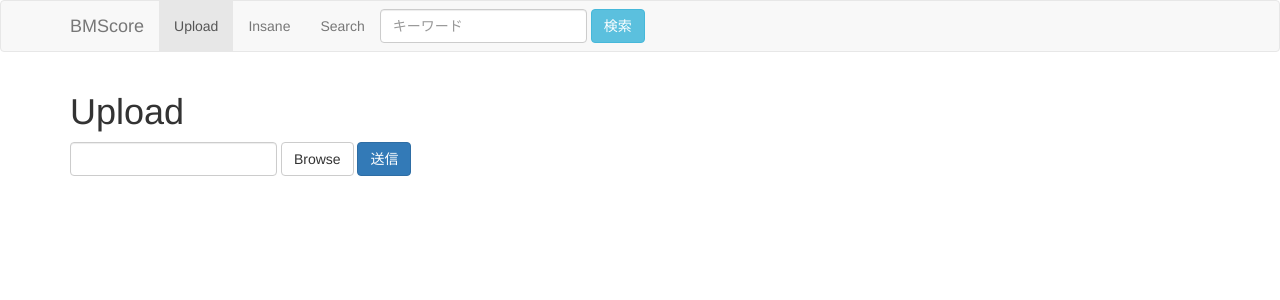
Repository: h1dia/bmscore
Page: upload.html
The author's editor kept a record of every edit. The page is drawn from the files as they stood at one moment, then again after the next edit.
The browser window is 1280 px wide. The pictures show the whole page.
Some web libraries are served in a nearby version.

Above is the page before.

After the next edit:
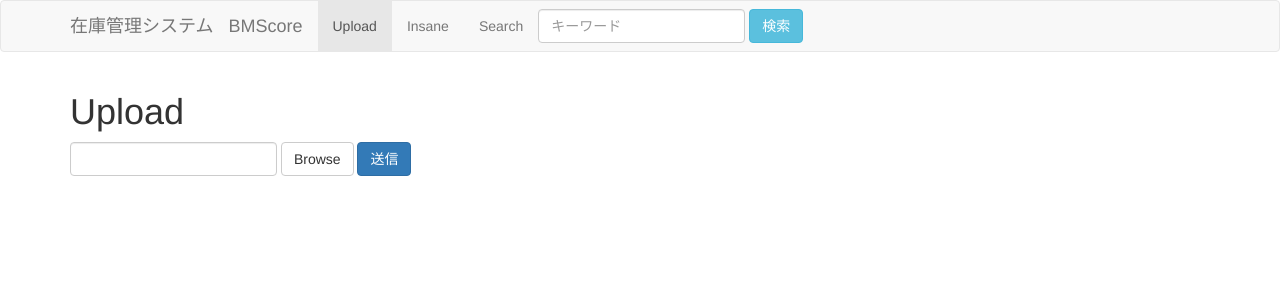
The edit:
--- a/upload.html
+++ b/upload.html
@@ -22,6 +22,17 @@
 
   <nav class="navbar navbar-default">
     <div class="container">
+        <!-- モバイル表示 -->
+        <div class="navbar-header">
+            <button type="button" class="navbar-toggle"
+            data-toggle="collapse" data-target="#navbar-menu">
+                <span class="icon-bar"></span>
+                <span class="icon-bar"></span>
+                <span class="icon-bar"></span>
+            </button>
+            <a class="navbar-brand" href="#">在庫管理システム</a>
+        </div>
+
         <!-- ヘッダ情報 -->
         <div class="navbar-header">
             <a class="navbar-brand" href="#">BMScore</a>
